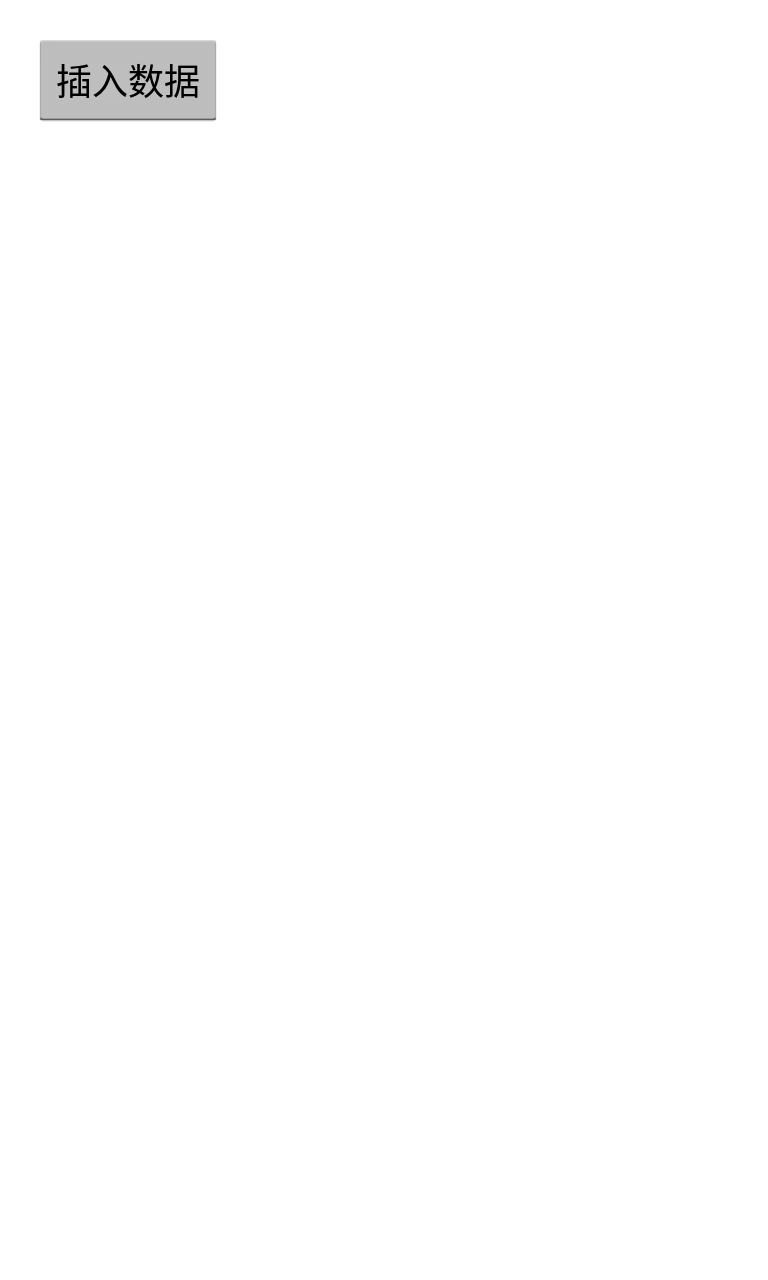
Repository: nickof/study
Layout: Android/itheima/day13_ContentProvider内容提供者/代码/Day13_01_把自己数据库暴露出来/res/layout/activity_main.xml
The author's editor kept a copy of each file at every save. The layout is drawn from the files as they stood at one save, then again after the next save.
It is drawn on a 768 x 1280 px phone screen (xhdpi) without system bars, with theme AppTheme; the app's code is not run.

Above is the layout before, as saved 2016-09-21 01:40:41.

After the next save:
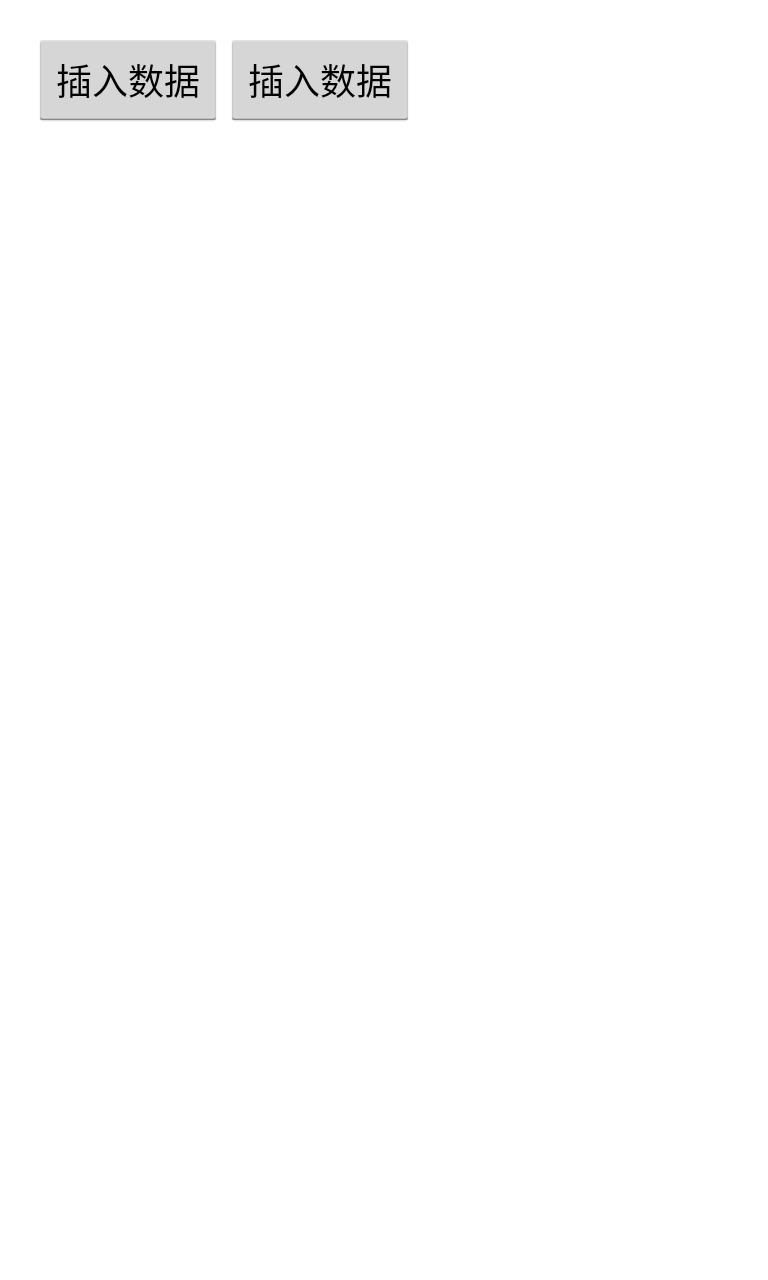
Saved 8 s later.
--- a/Android/itheima/day13_ContentProvider内容提供者/代码/Day13_01_把自己数据库暴露出来/res/layout/activity_main.xml
+++ b/Android/itheima/day13_ContentProvider内容提供者/代码/Day13_01_把自己数据库暴露出来/res/layout/activity_main.xml
@@ -16,7 +16,7 @@
         android:text="插入数据" />
 
     <Button
-        android:layout_toRightOf=""
+        android:layout_toRightOf="@id/btn_insert"
         android:layout_width="wrap_content"
         android:layout_height="wrap_content"
         android:onClick="insert"
